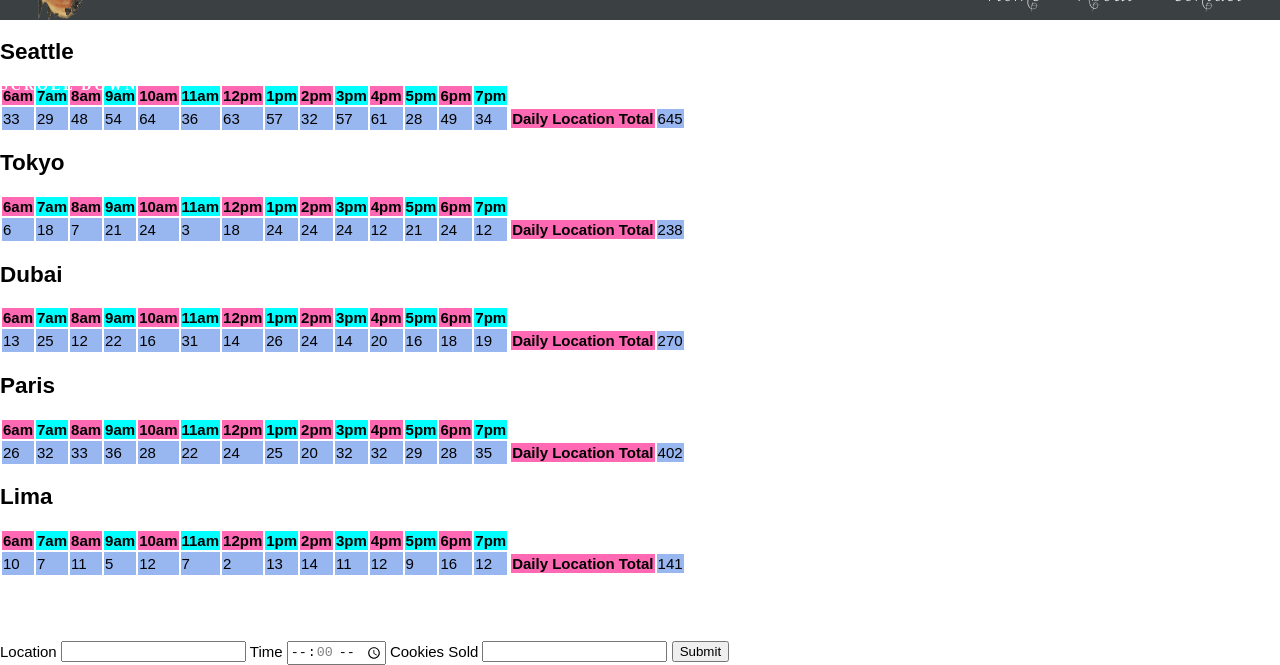
Repository: aaron1986/cookie_stand
Page: index.html
The author's editor kept a copy of each file at every save. The page is drawn from the files as they stood at one save, then again after the next save.
The browser window is 1280 px wide. The pictures show the part of the page from y = 583 to 1248 px (the page is 1248 px tall before and 1245 px after).
A picture or video elsewhere on the page could not be fetched, so the positions and the page height are approximate.

Above is the page before, as saved 2023-09-28 12:47:25.

### index.html
<!DOCTYPE html>
<html lang="en">
<head>
    <meta charset="UTF-8">
    <meta name="viewport" content="width=device-width, initial-scale=1.0">
    <link rel="stylesheet" href="./style.css">
    <script src="./app.js" defer></script>
    <title>Document</title>
</head>
<body>
    <header>
        <video autoplay muted loop>
            <source src="./vid/salmon.mp4">
        </video>

     <!-- heading text -->
     <div class="container">
        <div class="hero-text">
            <h1>Experience <br>Salmon <br>Cookies</h1>
                <a class="scroll-down">Scroll Down</a>
         </div> <!-- end of hero-text -->
     </div> <!-- end of container -->

    </header>

    <main>


        <nav>
            <img src="./img/salmon.png">
            <ul>

                <li><a href="#">Home</a></li>
                <li><a href="#">About</a></li>
                <li><a href="#">Contact</a></li>
            </ul>
         </nav>

         <!-- form to insert data into table -->

         <div id="shop-location">


         </div>

         <div class="container">
        <form>
            <label>Location</label>
            <input name="location">

            <label>Time</label>
            <input type='time' step="3600" name="hourTime">

            <label>Cookies Sold</label>
            <input name="cookies-sold">


            <button>Submit</button>
         </form>
         </div>



    </main>

    <footer>

    </footer>
</body>
</html>

### style.css
th:nth-child(even) {
    background-color: aqua;
}

th:nth-child(odd) {
    background-color: hotpink;
}

td {
    background-color: rgb(152, 183, 240);
}


html, body {
    display: block;
    width: 100%;
    height:100%;
    margin: 0;
    padding: 0;
    background: transparent;
    font-size: 15px;
    font-family: "itc-avant-garde-gothic-pro", sans-serif;
}

.container {
    margin-top:5%;
}

video {
    margin-top: -6%;
    left: 0;
    width: 100%;
    height: 100%;
    background-color: rgba(0,0,0,.3);
    z-index: 1;
  }



/* start of hero text */

.hero-text {
    width: 100%;
  margin-top:-25%;
}


h1 {
    font-family: "heading-text";
    font-weight: 400;
  font-style: normal;
  font-size: 90px;
  color: #fff;
  text-indent: -16px;
    line-height: 78px;
    margin-bottom: 19px;
    text-align: center;
    justify-content: center;

}

@font-face {
    font-family: 'heading-text';
    src: url('./fonts/GarineldoNo02.otf');
}

.scroll-down {
    font: 700 14px/22px "Montserrat",serif;
  color: #fff;
  text-transform: uppercase;
  letter-spacing: 3px;
  bottom: 40px;
  z-index: 2;
  text-align: center;
  position: absolute;
}

/* end of hero text */


/* start of navigation */
nav {
    background-color: #3B4043;
    height:55px;
    margin-top: -15px;
}
ul {
   display: flex;
   justify-content: flex-end;
}
li {
    display: inline;
    margin-right: 3%;
    margin-top: -5%;
    font-family: "heading-text";
    font-size: 32px;
}

li a {
    color: #fff;
    text-decoration: none;
    list-style: none;
}

a:hover {
    transition: opacity .55s .2s,top .55s;
  opacity: .55;
  top: -10px;
  color: #d3b298;
  border-top: 2px solid #d3b298;
}

img {
    width: 45px;
    height:55px;
    margin-left:3%;
}

img:hover {
	-webkit-filter: grayscale(100%) blur(3px);
	filter: grayscale(100%) blur(3px);
}

### app.js
const Hours = ['6am', '7am', '8am', '9am', '10am', '11am', '12pm', '1pm', '2pm', '3pm', '4pm', '5pm', '6pm', '7pm'];

function randonNumber(min, max) {
    return Math.floor(Math.random() * (max - min + 1)) + min;
}

function ShopLocation(location, min, max, avg) {
    this.location = location;
    this.min = min;
    this.max = max;
    this.avg = avg;
    this.customersPerHour = [];
    this.cookiesPerHour = [];
    this.totalSold = 0;


    this.calcTotal = function() {
        for(let i = 0; i < Hours.length; i++) {
            const randNum = randonNumber(this.min, this.max);
                this.customersPerHour.push(randNum);
                this.cookiesPerHour.push(randNum * this.avg);
        }
    };

}

const shopLocationSeattle = new ShopLocation ("Seattle", 23, 65, 6.3);

const shopLocationTokyo = new ShopLocation("Tokyo", 3, 24, 1.2);

const shopLocationDubai = new ShopLocation("Dubai",11,38,3.7);

const shopLocationParis = new ShopLocation("Paris",20,38,2.3);

const shopLocationLima = new ShopLocation("Lima",2,16,4,6);

shopLocationSeattle.calcTotal();
shopLocationTokyo.calcTotal();
shopLocationDubai.calcTotal();
shopLocationParis.calcTotal();
shopLocationLima.calcTotal();


const shopLocationHtml = document.getElementById("shop-location");

function createShopLocation(locationData) {
    const article = document.createElement("article");

    //Headers
    const h2 = document.createElement("h2");
    h2.textContent = locationData.location;
    article.appendChild(h2);


    //Table information
    const table = document.createElement("table");

    const thead = document.createElement("thead");
    const headerRow = document.createElement("tr");

    // Loop through the hours and create table headers
    for (let i = 0; i < locationData.customersPerHour.length; i++) {
        const th = document.createElement("th");
        th.textContent = `${Hours[i]}`;
        headerRow.appendChild(th);
    }

    thead.appendChild(headerRow);
    table.appendChild(thead);

    const tbody = document.createElement("tbody");
    const dataRow = document.createElement("tr");

    // Loop through the customersPerHour
    for (let i = 0; i < locationData.customersPerHour.length; i++) {
        const td = document.createElement("td");
        td.textContent = `${locationData.customersPerHour[i]}`;
        dataRow.appendChild(td);
    }



    tbody.appendChild(dataRow);
        // Calculate the daily total for each hour
        const totalRow = document.createElement("tr");
        const totalCell = document.createElement("th");
        totalCell.textContent = "Daily Location Total";
        totalRow.appendChild(totalCell);


        let dailyTotal = 0;
        for(let i = 0; i < locationData.customersPerHour.length; i++) {
            dailyTotal += locationData.customersPerHour[i];
        }

        const td = document.createElement("td");
        td.textContent = `${dailyTotal}`;
        totalRow.appendChild(td);
        //console.log(dailytotal);





    dataRow.appendChild(totalRow);
    table.appendChild(tbody);
    article.appendChild(table);
    shopLocationHtml.appendChild(article);
}

createShopLocation(shopLocationSeattle);
createShopLocation(shopLocationTokyo);
createShopLocation(shopLocationDubai);
createShopLocation(shopLocationParis);
createShopLocation(shopLocationLima);

After the next save:
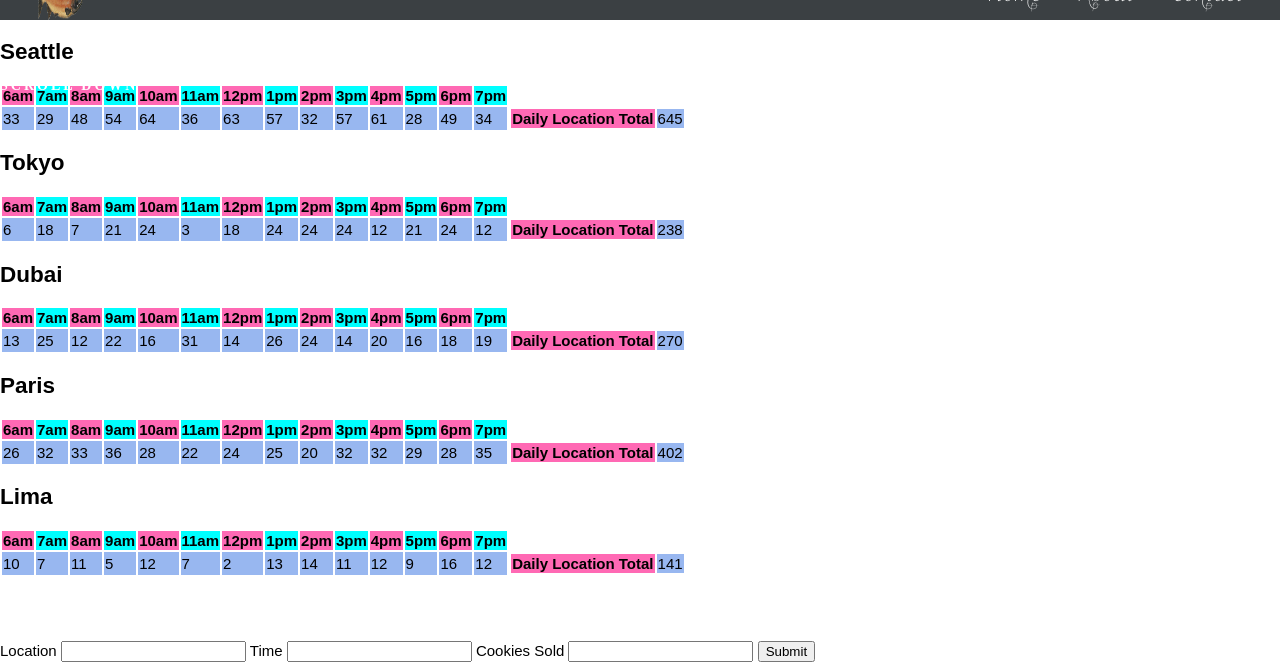
Saved 20 s later.
--- a/index.html
+++ b/index.html
@@ -49,7 +49,7 @@
             <input name="location">
 
             <label>Time</label>
-            <input type='time' step="3600" name="hourTime">
+            <input  step="3600" name="hourTime">
 
             <label>Cookies Sold</label>
             <input name="cookies-sold">

After the save that followed:
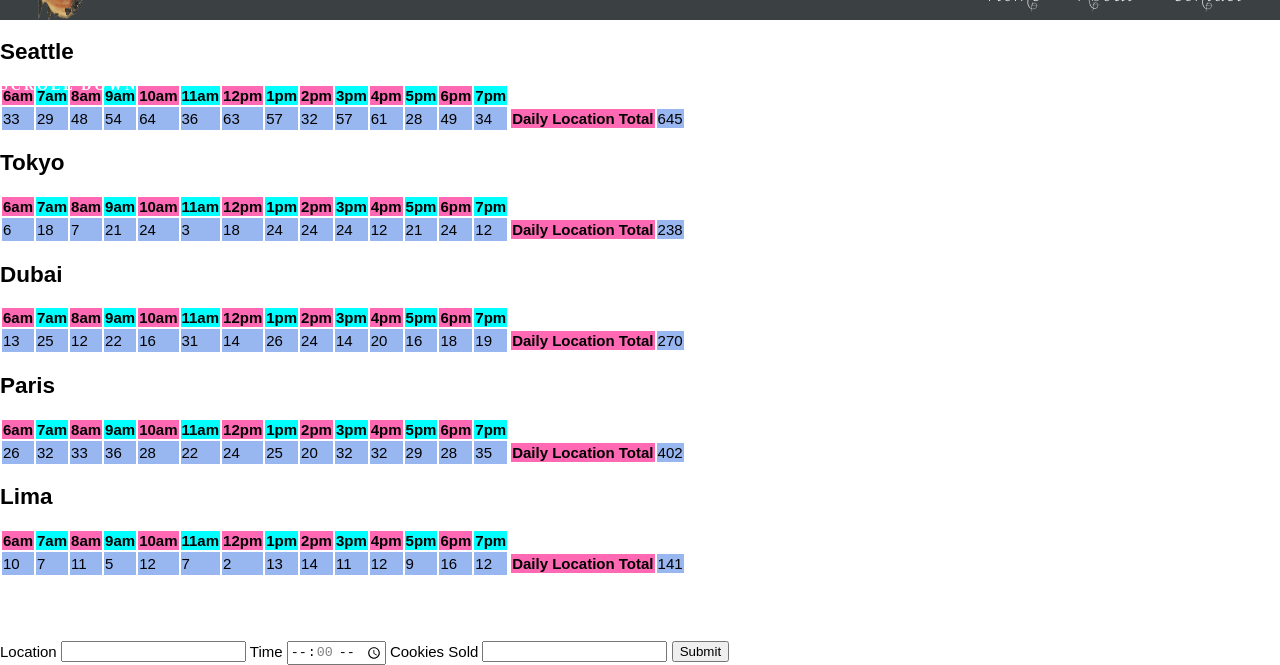
Saved 29 s later.
--- a/index.html
+++ b/index.html
@@ -49,7 +49,7 @@
             <input name="location">
 
             <label>Time</label>
-            <input  step="3600" name="hourTime">
+            <input type="time" step="3600" name="hourTime">
 
             <label>Cookies Sold</label>
             <input name="cookies-sold">
